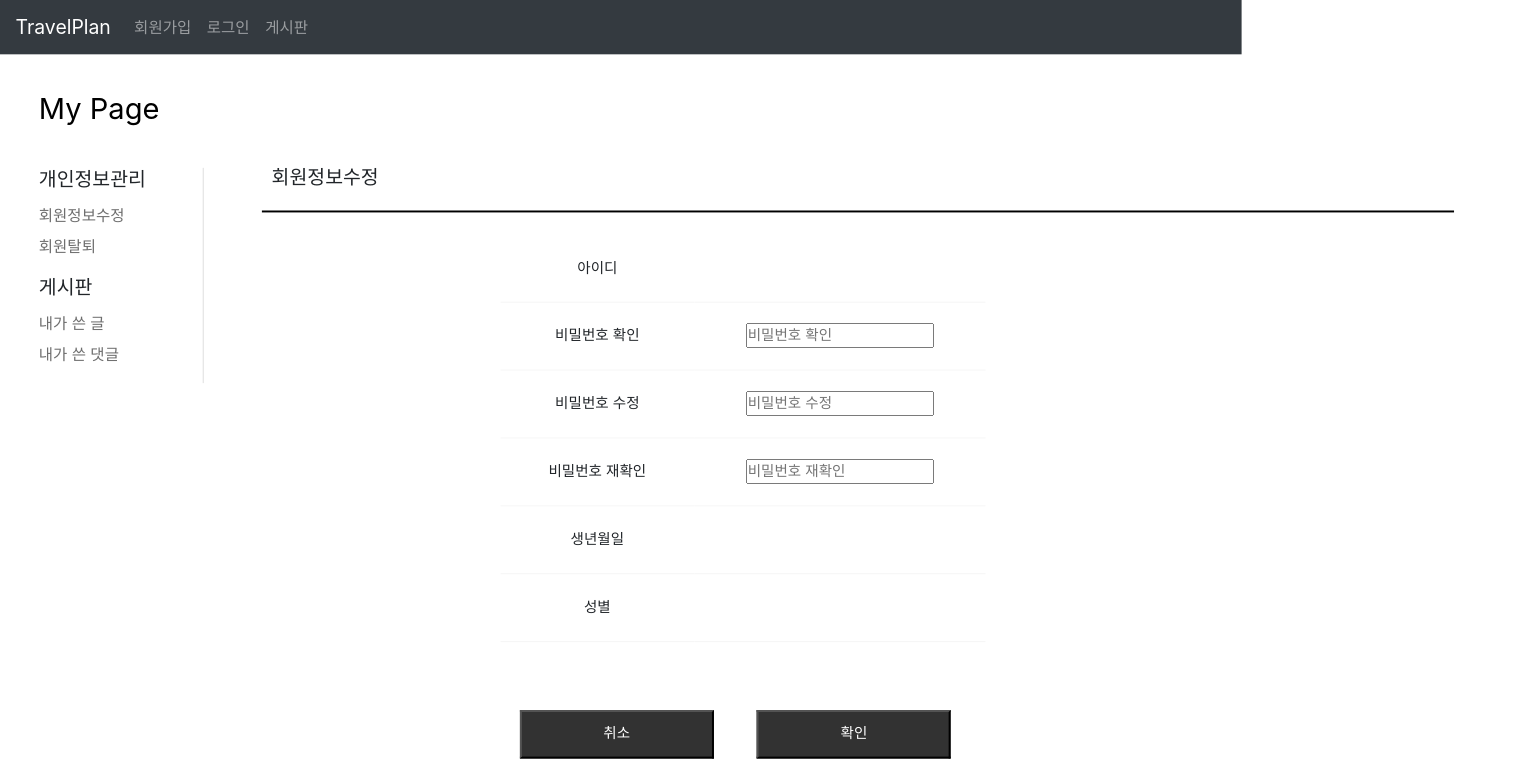
Repository: sna145815/Travel_v1
Page: http://localhost/Travel_v1/mypage
These files come from the project's save history. The page is drawn as it stood at one moment and after the next save; the edit follows.
The browser window is 1280 px wide. The page is 1560 px wide, so the pictures cover 1560 px, including what lies to the right of the window. The pictures show the whole page, at 97% of full size.
The page is served by Tomcat 9. Other server files are loaded and not shown. Queries for data that is not in the repository find no rows.

Above is the page before, as saved 2022-11-07 07:48:21.

### Travel_v1/src/main/webapp/WEB-INF/view/mypage.jsp
<%@ page language="java" contentType="text/html; charset=UTF-8"
    pageEncoding="UTF-8"%>
<%@ include file="/layout/header.jsp" %>

<!DOCTYPE html>
<html>
<head>
	<meta charset="UTF-8">
	<style>
		* {
			margin: 0;
			padding: 0;
		}
		#wrap {
			width: auto;
			min-width: 1560px;
			max-width: 1880px;
			padding: 0px 40px;
			margin: 0px auto;
			box-sizing: border-box;
		}
		#sub_header {
			position: relative;
			padding: 0px 0px 10px;
			margin: 0px auto;
		}
		.visual_area {
			padding: 5px 0px 8px;
			font-size: inherit;
			font-weight: normal;
		}
		.txt > a {
			display: inline-block;
			font-size: 30px;
			font-weight: normal;
			color: rgb(0, 0, 0);
		}
		.menu_area {
			float : left;
			width : 270px;
			border-right: 1px solid #ddd;
		}
		.content_right {
			position: absolute;
			left: 270px;
			top: 200;
			right: 0;
			min-width: 1229px;
		}
		.menu_area {
		 	width: 170px;
		 	float: left;
		 	margin: 24px 40px 0px 0px;
		 	font-size: 14px;
		}
		.menu1, .menu2 {
			display: flex;
			flex-direction: column;
			padding-bottom: 15px;
		}
		.update, .delete, .post, .comment {
			display: flex;
			margin-top: 2px;
			font-size: 16px;
			line-height: 30px;
			color: rgb(110, 110, 110);
		}
		.content-right {
			padding: 0;
			float: right;
		}
		.sectiontitle {
			border-bottom: 2px solid #000000;
			padding-left: 10px;
			padding-bottom: 14px;
			margin-top: 22px;
			line-height: 1.5px;
			font-size: 14px;
			position: relative;
		}
		.sectiontable {
			margin-top: 22px;
			padding: 10px;
			font-size: 15px;
			border-collapse: collapse;
			table-layout: fixed;
			margin-left: 20%;
		}
		tr {
			height: 70px;
			padding: 10px;
			box-sizing: border-box;
			border-bottom: 1px solid #f5f5f5;
			text-align: center;
			vertical-align: middle;
			word-break: break-all;
		}
		.button {
			margin-top: 50px;
			margin-left: 20%;
		}
		.btn_cancel, .btn_update {
			width: 200px;
			height: 50px;
			margin: 20px;
			padding: 10px;
			font-size: 15px;
			border-collapse: collapse;
			vertical-align: middle;
			color: rgb(255, 255, 255);
			background-color: rgb(50, 50, 50);
		}
	</style>
</head>
<body>
	<div id="wrap">
		<div id ="header">
			<div class="visual_area">
				<h1 class="txt">
					<a href="/mypage">My Page</a>
				</h1>
			</div>
		</div>
		<div id ="content_area">
			<div class ="content">
				<div class="content_in">
					<!-- 좌측 메뉴 -->
					<nav class="menu_area">
						<div class="menu1">
							<h5>개인정보관리</h5>
							<a href="/mypage" class="update">회원정보수정</a>
							<a href="/deleteuser" class="delete">회원탈퇴</a>
						</div>
						<div class="menu2">
							<h5>게시판</h5>
							<a href="#" class="post">내가 쓴 글</a>
							<a href="#" class="comment">내가 쓴 댓글</a>
						</div>
					</nav>
					<!-- 콘텐츠 내용 -->
					<section class ="content_right">
						<header class="sectiontitle">
							<h5>회원정보수정</h5>
						</header>
						<div>
							<table class="sectiontable">
								<tr>
									<td width=200px>아이디<td>
									<td id="userId" width=300px><strong>${user.id}</strong></td>
								</tr>
								<tr>
									<td>비밀번호 확인<td>
									<td><input type="password" id="userPwd" placeholder="비밀번호 확인" size=15/></td>
									<td><span id="checkpw"></span></td>
								</tr>
								<tr>
									<td>비밀번호 수정<td>
									<td><input type="password" id="upPwd" placeholder="비밀번호 수정" size=15/></td>
								</tr>
								<tr>
									<td>비밀번호 재확인<td>
									<td><input type="password" id="PwdR" placeholder="비밀번호 재확인" size=15/></td>
									<td><span id="checkpwdr"></span></td>
								</tr>
								<tr>
									<td>생년월일<td>
									<td id="userbirth"><strong>${user.date}</strong></td>
								</tr>
								<tr>
									<td>성별<td>
									<td id="userGender"><strong>${user.gender}</strong></td>
								</tr>
							</table>
						</div>
						<div class="button">
							<span>
								<button type="submit" class="btn_cancel" onclick="location.reload()">취소</button>
							</span>
							<span>
								<button type="submit" class="btn_update" onclick="location.href = '/main';">확인</button>
							</span>
						</div>
					</section>
				</div>
			</div>
		</div>
	</div>
</body>
</html>

### Travel_v1/src/main/webapp/layout/header.jsp
<%@ page language="java" contentType="text/html; charset=UTF-8"
    pageEncoding="UTF-8"%>
<!DOCTYPE html>

<head>
  <title>TravelPlan</title>
  <meta charset="utf-8">
  <meta name="viewport" content="width=device-width, initial-scale=1">
  <link rel="stylesheet" href="https://cdn.jsdelivr.net/npm/bootstrap@4.6.1/dist/css/bootstrap.min.css">
  <script src="https://cdn.jsdelivr.net/npm/jquery@3.6.0/dist/jquery.slim.min.js"></script>
  <script src="https://cdn.jsdelivr.net/npm/popper.js@1.16.1/dist/umd/popper.min.js"></script>
  <script src="https://cdn.jsdelivr.net/npm/bootstrap@4.6.1/dist/js/bootstrap.bundle.min.js"></script>
</head>
<body>

<nav class="navbar navbar-expand-md bg-dark navbar-dark">
  <a class="navbar-brand" href="/main">TravelPlan</a>
  <button class="navbar-toggler" type="button" data-toggle="collapse" data-target="#collapsibleNavbar">
    <span class="navbar-toggler-icon"></span>
  </button>
  <div class="collapse navbar-collapse" id="collapsibleNavbar">
    <ul class="navbar-nav">
      <li class="nav-item">
        <a class="nav-link" href="/join">회원가입</a>
      </li>
      <li class="nav-item">
        <a class="nav-link" href="/login">로그인</a>
      </li>
      <li class="nav-item">
        <a class="nav-link" href="/board?cmd=getlist">게시판</a>
      </li>
    </ul>
  </div>
</nav>
<br>

### Travel_v1/src/main/java/controller/mypagecontroller.java
package controller;

import java.io.IOException;

import javax.servlet.RequestDispatcher;
import javax.servlet.ServletException;
import javax.servlet.annotation.WebServlet;
import javax.servlet.http.HttpServlet;
import javax.servlet.http.HttpServletRequest;
import javax.servlet.http.HttpServletResponse;
import javax.servlet.http.HttpSession;

import model.usermodel;

import service.userservice;

@WebServlet("/mypage")
public class mypagecontroller extends HttpServlet {
	private static final long serialVersionUID = 1L;


    public mypagecontroller() {

    }


	protected void doGet(HttpServletRequest request, HttpServletResponse response) throws ServletException, IOException {
		HttpSession session = request.getSession();
		String id = (String)session.getAttribute("id");

		usermodel user = new usermodel();

		userservice service = new userservice();

		user = service.Selectuser(id);

		//오류 처리 필요
		request.setAttribute("user", user);
		RequestDispatcher rq = request.getRequestDispatcher("WEB-INF/view/mypage.jsp");
	    rq.forward(request, response);
	}

	protected void doPost(HttpServletRequest request, HttpServletResponse response) throws ServletException, IOException {
		request.setCharacterEncoding("utf-8");
		String pwd = request.getParameter("pwd");
		String uppwd = request.getParameter("uppwd");
		String uppwdr = request.getParameter("pwdr");

		HttpSession session = request.getSession();
		String id = (String) session.getAttribute("id");

		userservice service = new userservice();

		if(service.Checkpwd(pwd, id) == 1)
		{
			if(uppwd.equals(uppwdr))
			{
				if(service.Updatepwd(uppwd, id) == 1)
				{
					request.setAttribute("Result", true);
				}
				else
				{
					request.setAttribute("Result", false);
				}
			}
			RequestDispatcher rq = request.getRequestDispatcher("WEB-INF/view/updateresult.jsp");
		    rq.forward(request, response);
		}
		else
		{
			RequestDispatcher rq = request.getRequestDispatcher("WEB-INF/view/mypage.jsp");
		    rq.forward(request, response);
		}
	}
}

### Travel_v1/src/main/java/model/usermodel.java
package model;

import java.util.Date;

public class usermodel {
	private String id;
	private String pwd;
	private String name;
	private Date date;
	private String gender;


	public usermodel() {

	}


	public String getId() {
		return id;
	}


	public void setId(String id) {
		this.id = id;
	}


	public String getPwd() {
		return pwd;
	}


	public void setPwd(String pwd) {
		this.pwd = pwd;
	}


	public String getName() {
		return name;
	}


	public void setName(String name) {
		this.name = name;
	}


	public Date getDate() {
		return date;
	}


	public void setDate(Date date) {
		this.date = date;
	}


	public String getGender() {
		return gender;
	}


	public void setGender(String gender) {
		this.gender = gender;
	}


}

### Travel_v1/src/main/java/service/userservice.java
package service;


import java.sql.Connection;
import java.sql.Date;
import java.sql.PreparedStatement;
import java.sql.ResultSet;
import java.sql.SQLException;

import config.DB;
import model.usermodel;


public class userservice {

	//회원가입
	public int Signup(usermodel model)
	{
		String sql = "INSERT INTO user VALUES (?,?,?,?,?)";
		Connection conn = DB.getConnection();
		PreparedStatement pstmt = null;

		try
		{
            pstmt = conn.prepareStatement(sql);

            pstmt.setString(1, model.getId());
            pstmt.setString(2, model.getPwd());
            pstmt.setString(3, model.getName());
            pstmt.setDate(4, (Date) model.getDate());
            pstmt.setString(5, model.getGender());

            if(pstmt.executeUpdate() !=1)
            {
                return 0;
            }
            return 1;
        }
		catch(Exception e)
		{
			e.printStackTrace();
			return 0;
		}
		finally
		{
			DB.close(conn,pstmt);
		}
    }

	//비밀번호 변경
	public int Updatepwd(String uppwd, String id)
	{
		String sql = "UPDATE user set password = ? where id = ?";
		Connection conn = DB.getConnection();
		PreparedStatement pstmt = null;

		try
		{
			pstmt = conn.prepareStatement(sql);

            pstmt.setString(1, uppwd);
            pstmt.setString(2, id);

            if(pstmt.executeUpdate() !=1)
            {
                return 0;
            }
            return 1;
        }
		catch(Exception e)
		{
			e.printStackTrace();
			return 0;
		}
		finally
		{
			DB.close(conn,pstmt);
		}
	}

	//비밀번호 확인
	public int Checkpwd(String pwd, String id)
	{
		String sql = "SELECT password from user where id = ?";
		Connection conn = DB.getConnection();
		PreparedStatement pstmt = null;
		ResultSet rs = null;

		try
		{
			pstmt = conn.prepareStatement(sql);

			pstmt.setString(1, id);

			rs = pstmt.executeQuery();

            if (rs.next())
            {
            	if(rs.getString(1).equals(pwd))
            		return 1;
                else
             	   return 0;	 //비밀번호 불일치
             }
             return -1;	//비밀번호 없음
        }
		catch(SQLException e)
		{
			e.printStackTrace();
			return 0;
		}
		finally
		{
			DB.close(conn, pstmt, rs);
		}
	}

	//회원 삭제
	public int Deleteuser(String pwd)
	{
		String sql = "DELETE FROM user where password = ?";
		Connection conn = DB.getConnection();
		PreparedStatement pstmt = null;

		try
		{
            pstmt = conn.prepareStatement(sql);

            pstmt.setString(1, pwd);

            if(pstmt.executeUpdate() !=1)
            {
                return 0;
            }
            return 1;
        }
		catch(Exception e)
		{
			e.printStackTrace();
			return 0;
		}
	}

	//회원 정보 불러오기
	public usermodel Selectuser(String id)
	{
		String sql = "SELECT * FROM user where id = ?";
		Connection conn = DB.getConnection();
		PreparedStatement pstmt = null;
		ResultSet rs = null;

		usermodel user = new usermodel();

		try
		{
			pstmt = conn.prepareStatement(sql);

			pstmt.setString(1, id);

			rs = pstmt.executeQuery();

			while (rs.next())
			{
				user.setId(rs.getString(1));		//id
				user.setPwd(rs.getString(2));		//password
				user.setName(rs.getString(3));		//name
				user.setDate(rs.getDate(4));		//birth
				user.setGender(rs.getString(5));	//gender
			}

			return user;
		}
		catch (Exception e)
		{
			e.printStackTrace();
			return null;
		}
		finally
		{
			DB.close(conn, pstmt, rs);
		}
	}


	//로그인
	public  int findbyuserid(usermodel model)
	{
		String sql = "SELECT password FROM user WHERE id = ?";
		Connection conn=DB.getConnection();
		PreparedStatement pstmt = null;
		ResultSet rs = null;

		try
		{
            pstmt = conn.prepareStatement(sql);

            pstmt.setString(1, model.getId());

            rs = pstmt.executeQuery();
            if (rs.next())
            {
               if (rs.getString(1).equals(model.getPwd()))
            	   return 1;		//로그인 성공
               else
            	   return 0;	//비밀번호 불일치
            }
            return -1;	//아이디가 없음
        }
		catch(SQLException e)
		{
			e.printStackTrace();
			return -2;	//오류
		}
		finally
		{
			DB.close(conn,pstmt,rs);
		}

	}

}

### Travel_v1/src/main/java/config/DB.java
package config;

import java.sql.Connection;
import java.sql.DriverManager;
import java.sql.PreparedStatement;
import java.sql.ResultSet;
import java.sql.SQLException;

public class DB {

	public static Connection getConnection()
	{
		try{
			 String jdbcUrl = "jdbc:mysql://localhost:3306/travel?useUnicode=true&characterEncoding=utf8";
		     String dbId = "root";
		     String dbPass = "1128";

			 Class.forName("com.mysql.cj.jdbc.Driver");
			 Connection con = DriverManager.getConnection(jdbcUrl,dbId ,dbPass);
			 return con;
		  }catch(Exception e){
			 e.printStackTrace();
		  }
		return null;
	}

	public static void close(Connection conn,PreparedStatement pstmt,ResultSet rs)
	{
		try {
			rs.close();
			pstmt.close();
			conn.close();
		} catch (SQLException e) {

			e.printStackTrace();
		}

	}

	public static void close(Connection conn,PreparedStatement pstmt)
	{
		try {
			pstmt.close();
			conn.close();
		} catch (SQLException e) {

			e.printStackTrace();
		}

	}
}

After the next save:
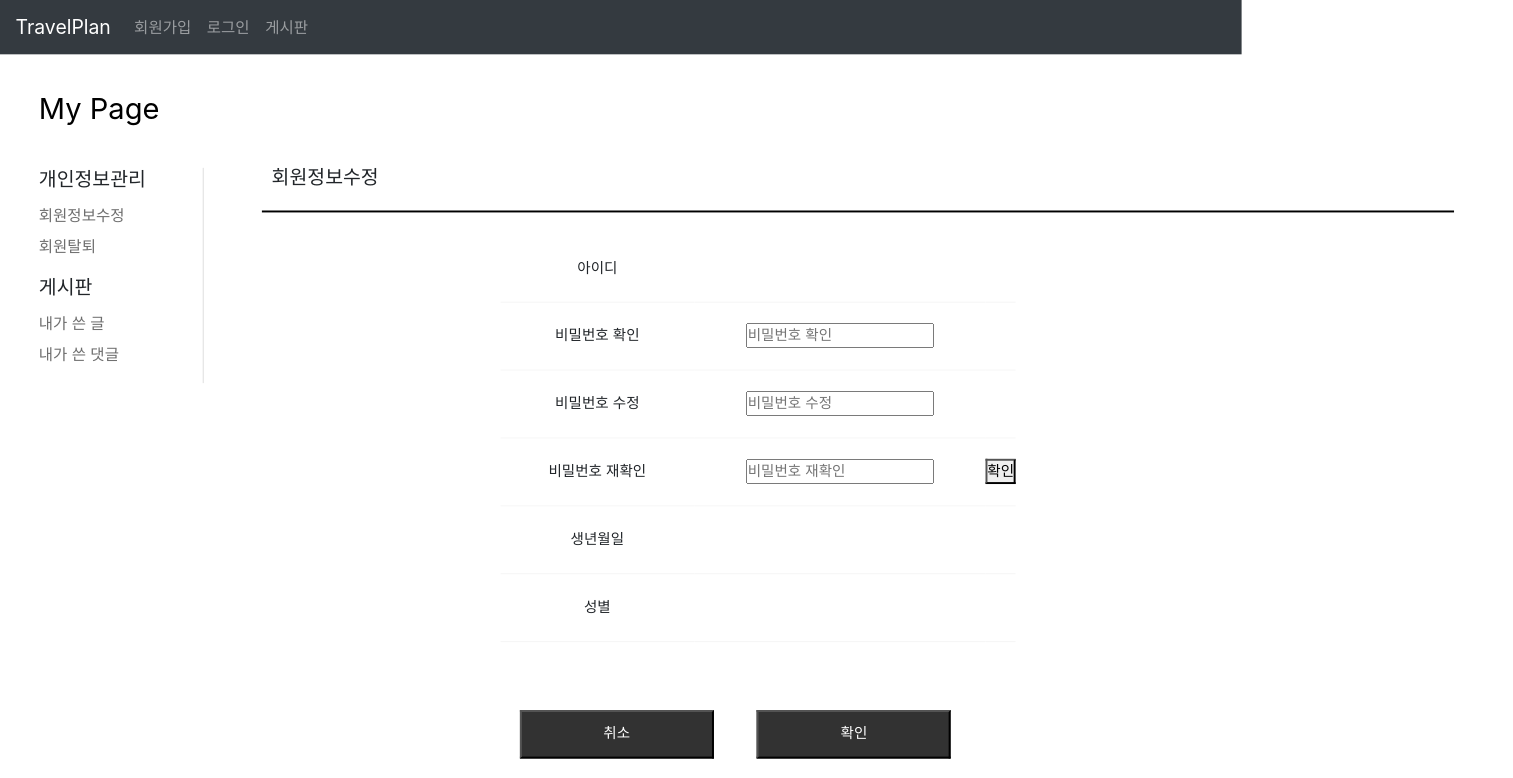
Saved 3 min 21 s later.
--- a/Travel_v1/src/main/webapp/WEB-INF/view/mypage.jsp
+++ b/Travel_v1/src/main/webapp/WEB-INF/view/mypage.jsp
@@ -99,7 +99,7 @@
 			margin-top: 50px;
 			margin-left: 20%;
 		}
-		.btn_cancel, .btn_update {
+		.btn_cancel, .btn_check {
 			width: 200px;
 			height: 50px;
 			margin: 20px;
@@ -160,7 +160,13 @@
 								<tr>
 									<td>비밀번호 재확인<td>
 									<td><input type="password" id="PwdR" placeholder="비밀번호 재확인" size=15/></td>
-									<td><span id="checkpwdr"></span></td>
+									<td>
+
+										<form action="/mypage" method="post">
+											<span id="checkpwdr"><button type="submit" class="btn_update" onclick="location.href = '/main';">확인</button></span>
+										</form>
+
+									</td>
 								</tr>
 								<tr>
 									<td>생년월일<td>
@@ -177,7 +183,7 @@
 								<button type="submit" class="btn_cancel" onclick="location.reload()">취소</button>
 							</span>
 							<span>
-								<button type="submit" class="btn_update" onclick="location.href = '/main';">확인</button>
+								<button type="submit" class="btn_check" onclick="location.href = '/main';">확인</button>
 							</span>
 						</div>
 					</section>
